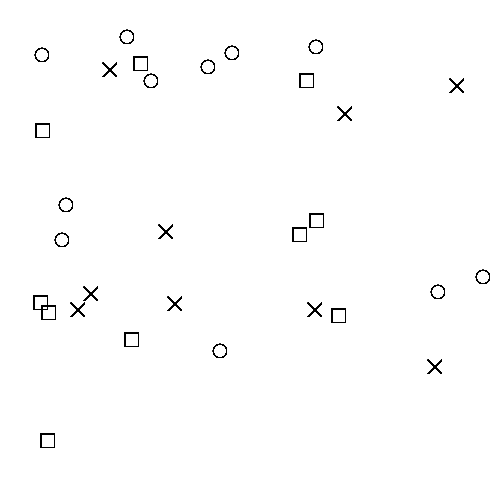
Repository: benceluzsinszky/rock-paper-scissors-simulation-pygame
Script's output: python main.py
These files come from the project's save history. The script's output is drawn as it stood at one moment and after the next save; the edit follows.
The window is shown after at most 60 frames with no key pressed. Random numbers start from a fixed seed. It also reads sprites/paper.png, sprites/rock.png, sprites/scissors.png.

Above is the script's output before, as saved 2023-04-24 22:07:28.

After the next save:
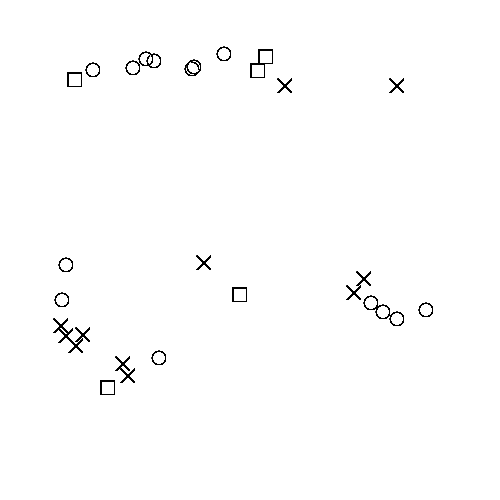
Saved 21 s later.
--- a/main.py
+++ b/main.py
@@ -39,9 +39,9 @@ class Game():
         while True:
             self.check_events()
             self.rocks.sprites()[0].eat(self.scissors)
-            # self.move_sprites(self.rocks, self.scissors)
-            # self.move_sprites(self.scissors, self.papers)
-            # self.move_sprites(self.papers, self.rocks)
+            self.move_sprites(self.rocks, self.scissors)
+            self.move_sprites(self.scissors, self.papers)
+            self.move_sprites(self.papers, self.rocks)
             self.check_collisions()
             self.update_screen()
             self.clock.tick(60)
